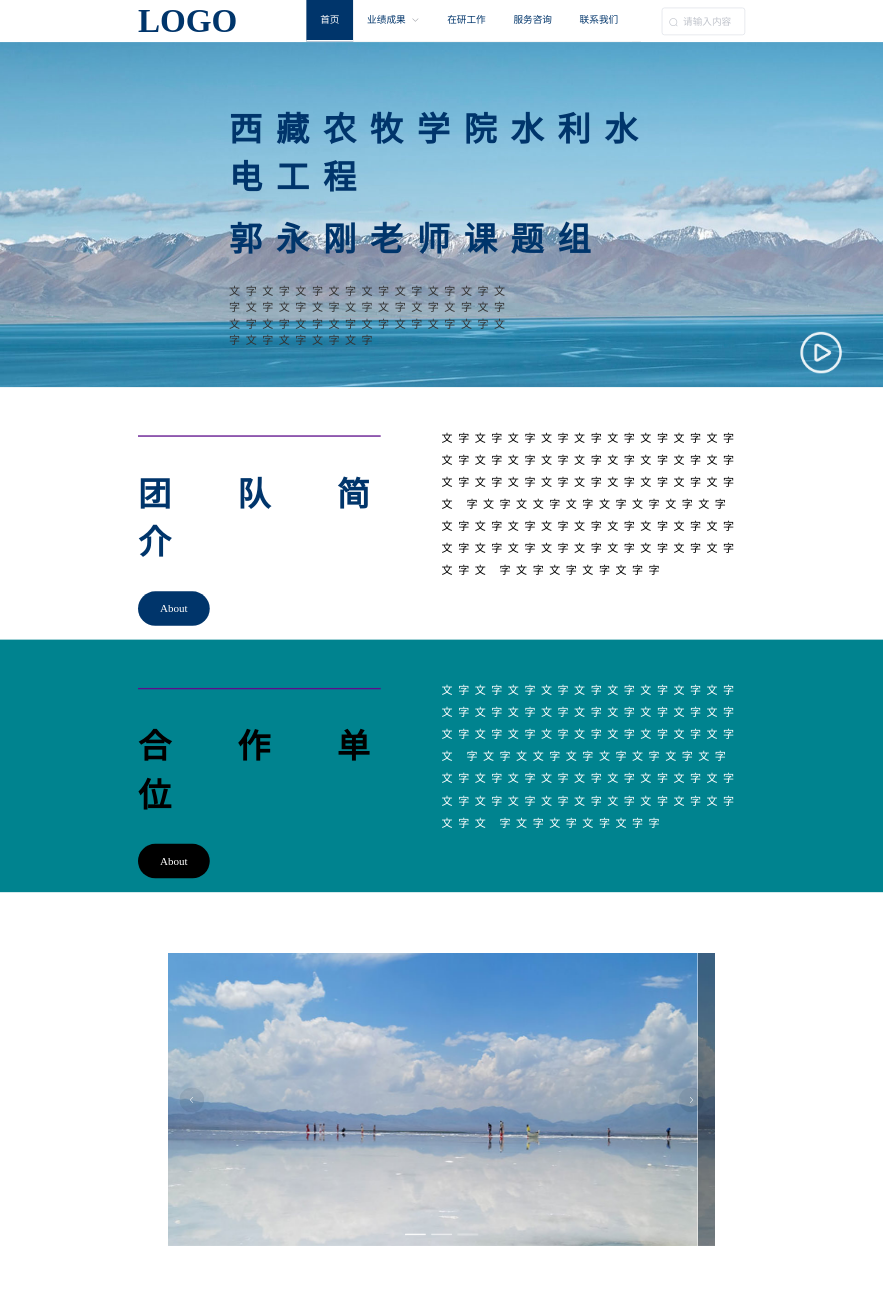
Repository: BLSY/xzust
Page: /
The author's editor kept a copy of each file at every save. The page is drawn from the files as they stood at one save, then again after the next save.
The browser window is 1280 px wide. The pictures show the whole page, at 69% of full size.
The project was rebuilt for these pictures with package versions that can differ from the ones it lists, and the page was loaded fresh each time.

Above is the page before, as saved 2022-11-27 11:09:11.

After the next save:
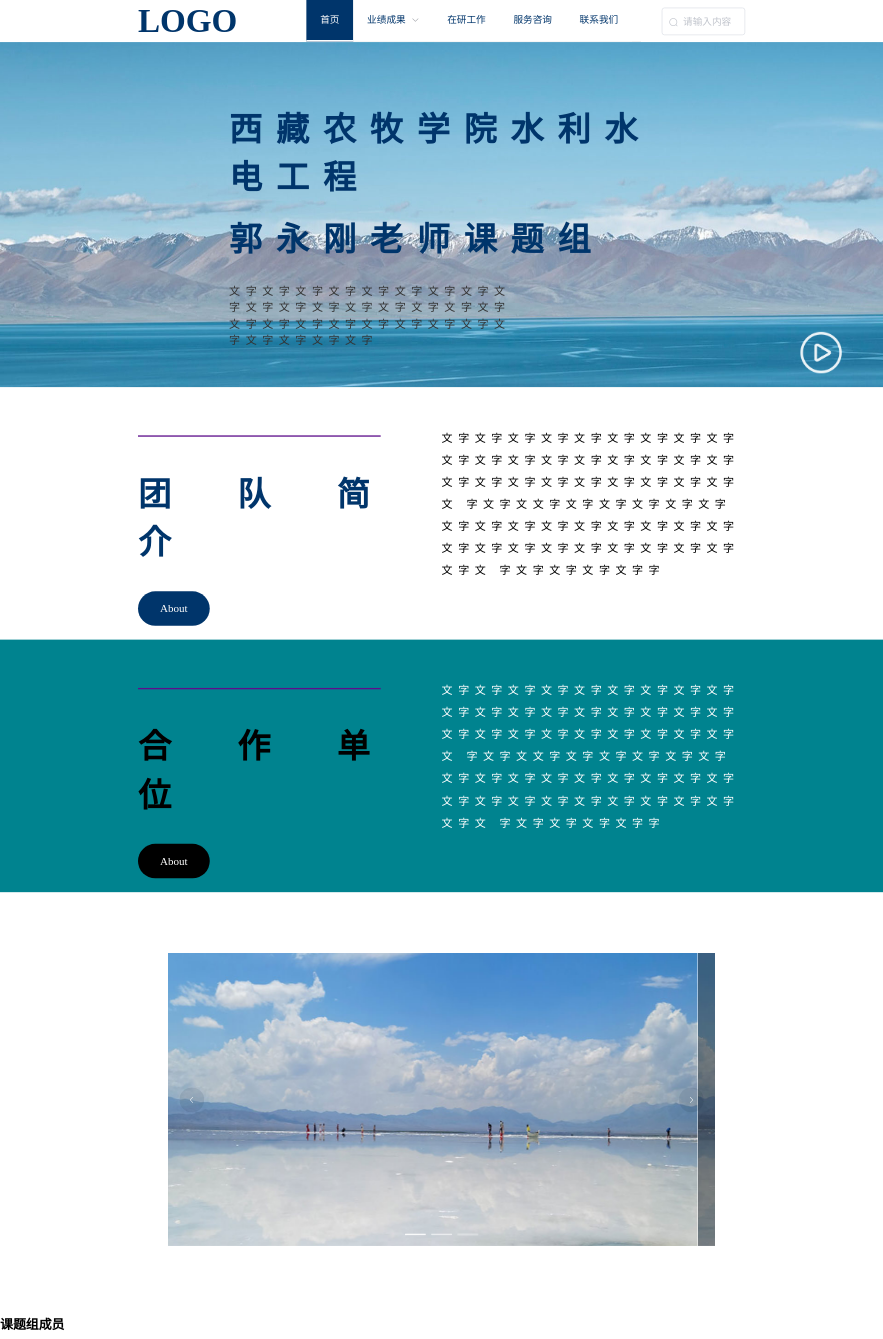
Saved 107 s later.
--- a/src/components/HelloWorld.vue
+++ b/src/components/HelloWorld.vue
@@ -84,6 +84,9 @@
         </el-carousel>
       </div>
     </div>
+    <div class="group">
+      <h3>课题组成员</h3>
+    </div>
   </div>
 </template>
 
